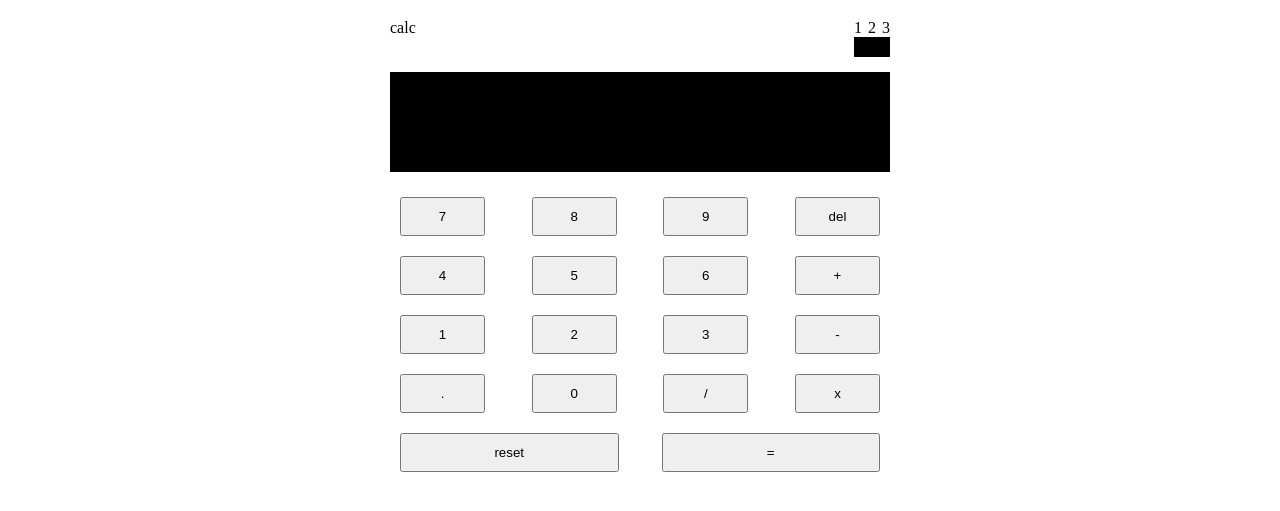
Repository: Eugene44-hub/basic-calculator
Page: index.html
The author's editor kept a copy of each file at every save. The page is drawn from the files as they stood at one save, then again after a run of saves.
The browser window is 1280 px wide. The pictures show the whole page.

Above is the page before, as saved 2021-10-02 02:20:14.
Console error: SyntaxError: Unexpected end of input

### index.html
<!DOCTYPE html>
<html lang="en">

<head>
    <link rel="stylesheet" href="style.css">
    <meta charset="UTF-8">
    <meta http-equiv="X-UA-Compatible" content="IE=edge">
    <meta name="viewport" content="width=device-width, initial-scale=1.0">
    <title>Document</title>
</head>

<body>
    <div class="cal-container">

        <div class="theme">
            <div class="header">calc</div>
            <div class="theme-number">
                <div class="number-toggle">
                    <span id="one">1</span>
                    <span id="two">2</span>
                    <span id="three">3</span>

                    <div class="toggle"></div>
                </div>
            </div>
        </div>
        <div class="output">

        </div>
        <div class="buttons">
            <button id="number-button">7</button>
            <button id="number-button">8</button>
            <button id="number-button">9</button>
            <button id="del-button">del</button>
            <button id="number-button">4</button>
            <button id="number-button">5</button>
            <button id="number-button">6</button>
            <button id="addition-button">+</button>
            <button id="number-button">1</button>
            <button id="number-button">2</button>
            <button id="number-button">3</button>
            <button id="minus-button">-</button>
            <button id="dot-button">.</button>
            <button id="number-button">0</button>
            <button id="division-button">/</button>
            <button id="multiply-button">x</button>
            <button id="reset-button">reset</button>
            <button id="equals-button">=</button>
        </div>
    </div>

    <script src="app.js"></script>
</body>

</html>

### style.css
* {
    padding: 0;
    margin: 0;
    box-sizing: border-box;
}

body {
    display: flex;
    height: 500px;
}

.theme {
    display: flex;
    flex-wrap: wrap;
}

.toggle {
    background-color: black;
    height: 20px;
}

.header {
    flex: 50%;
}

.theme-number {
    flex: 50%;
}

.number-toggle {
    float: right;
    word-spacing: 2px
}

span {
    flex: 30%;
}

.cal-container {
    margin: auto;
    width: 500px;
}

.buttons {
    display: flex;
    flex-wrap: wrap;
    justify-content: space-between;
}

button {
    flex-basis: 17%;
    padding: 10px;
    margin: 10px;
}

#reset-button,
#equals-button {
    flex-basis: 43.7%
}

.output {
    height: 100px;
    background-color: black;
    margin: 15px 0
}

Loaded but not shown: app.js (common file)

After the next 2 saves:
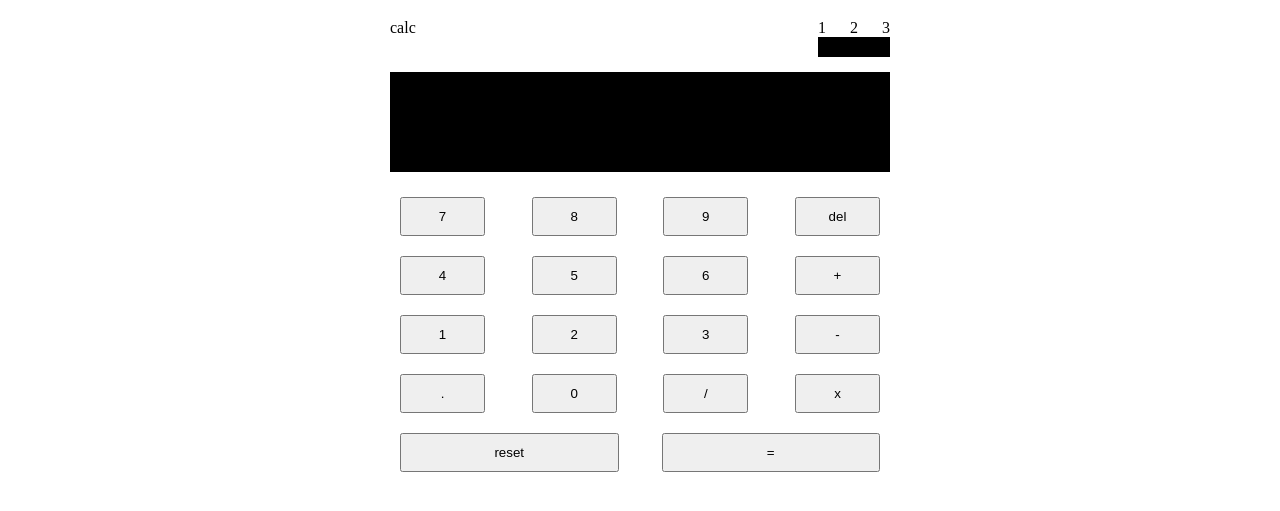
The 2 saves are shown as one change because they came seconds apart.
The last was saved 6 s later.
--- a/style.css
+++ b/style.css
@@ -29,7 +29,7 @@ body {
 
 .number-toggle {
     float: right;
-    word-spacing: 2px
+    word-spacing: 20px;
 }
 
 span {
